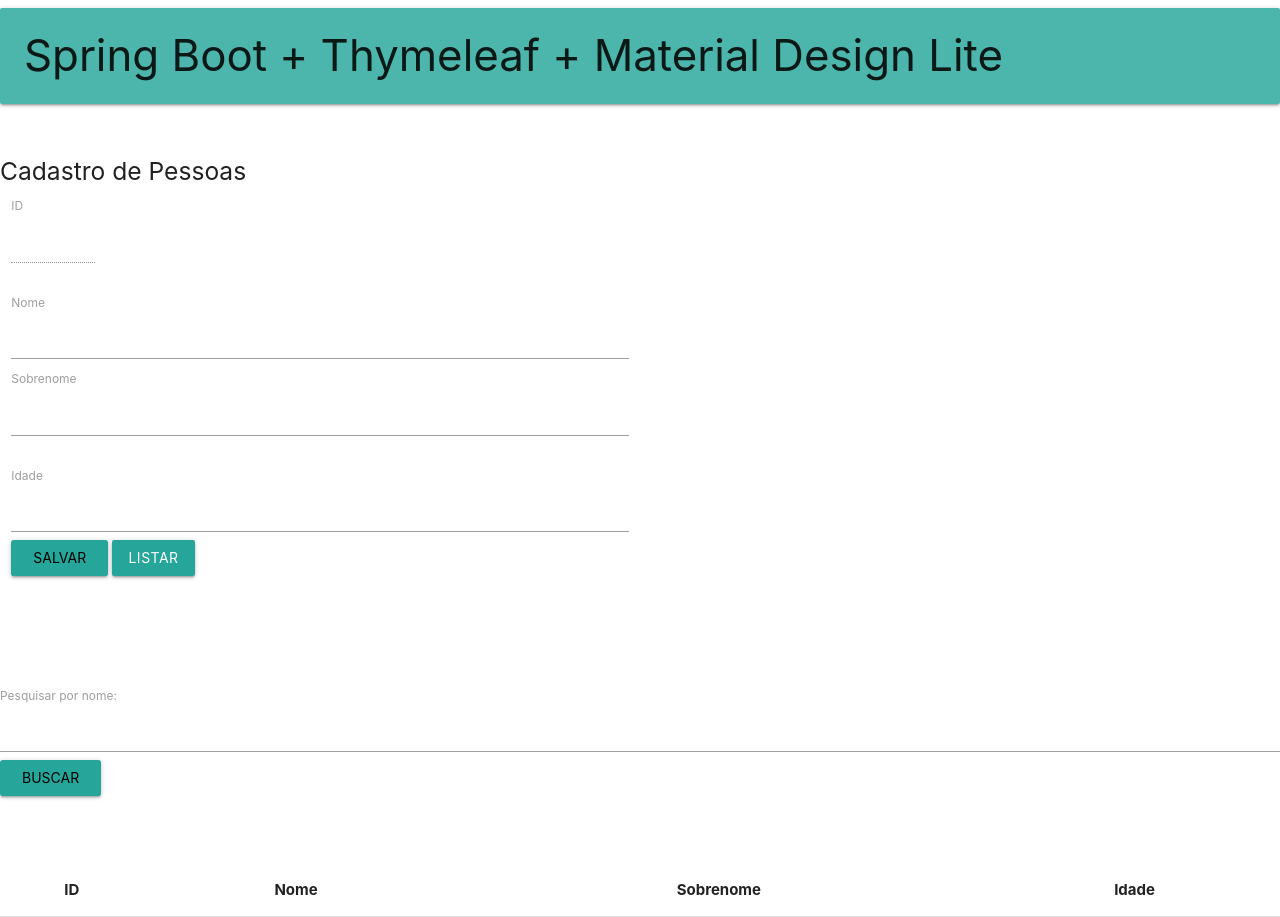
Repository: wendell-comp/Sistema-de-Gestao-de-Pessoas
Page: http://localhost/cadastro/cadastropessoa
These files come from the project's save history. The page is drawn as it stood at one moment and after the next save; the edit follows.
The browser window is 1280 px wide. The pictures show the whole page.
The page is this project's Thymeleaf template; nobody is signed in. The template is opened directly, without the code that normally fills it, so the values that code supplies are empty.

Above is the page before, as saved 2021-02-09 19:21:45.

### springboot/src/main/resources/templates/cadastro/cadastropessoa.html
<!DOCTYPE html>
<html xmlns="http://www.w3.org/1999/xhtml"
	xmlns:th="http://www.thymeleaf.org">

<head>
<meta charset="UTF-8">
<title>Formulario Java</title>


<link href="https://fonts.googleapis.com/icon?family=Material+Icons"
	rel="stylesheet">
<link type="text/css" rel="stylesheet"
	href="/materialize/css/materialize.css" media="screen,projection" />
<link type="text/css" rel="stylesheet" href="materialize.min.css"
	media="screen,projection" />

</head>
<body>
	<h3 class="card-panel teal lighten-2">Spring Boot + Thymeleaf + Material Design Lite</h3>
	<br />
	<h5>Cadastro de Pessoas</h5>

	<div class="row">
		<form action="salvarpessoa" method="post" th:object="${pessoaobj}" class="col s12">

			<div class="row">
				<div class="input-fiel col s1">
					<label for="id" class="active">ID</label>
					<input name="id" th:field="*{id}" readonly="readonly">
				</div>
			</div>

			<div class="row">
				<div class="input-fiel col s6">
					<label for="nome" class="active">Nome</label>
					<input name="nome" th:field="*{nome}">

					<label for="sobrenome" class="active">Sobrenome</label>
					<input name="sobrenome" th:field="*{sobrenome}">
				</div>
			</div>

			<div class="row">
				<div class="input-fiel col s6">
					<label for="idade" class="active">Idade</label>
					<input name="idade" th:field="*{idade}" id="idade">
					<input class="waves-effect waves-light btn" type="submit" value="Salvar">
					<a href="/listaspessoas" class="waves-effect waves-light btn">Listar</a>
				</div>
			</div>


		</form>
	</div>

	<br />
	<br />
	<br />

	<div>
		<form action="pesquisarpessoa" method="post">
			<label>Pesquisar por nome: </label> <input name="nomepesquisa">
			<input class="waves-effect waves-light btn" type="submit"
				value="Buscar">
		</form>
	</div>
	<br />
	<br />
	<br />
	<table class="centered">
		<thead>
			<tr>
				<th>ID</th>
				<th>Nome</th>
				<th>Sobrenome</th>
				<th>Idade</th>
			</tr>
		</thead>
		<tr th:each="pessoa : ${pessoas}">
			<td th:text="${pessoa.id}"></td>
			<td th:text="${pessoa.nome}"></td>
			<td th:text="${pessoa.sobrenome}"></td>
			<td th:text="${pessoa.idade}"></td>
			<td><a
				th:href="@{/editarpessoa/{idpessoa}(idpessoa=${pessoa.id})}">Editar</a></td>
			<td><a
				th:href="@{/removerpessoa/{idpessoa}(idpessoa=${pessoa.id})}">Excluir</a></td>
		</tr>

	</table>



	<script type="text/javascript" src="materialize/js/materialize.js"></script>
	<script type="text/javascript" src="materialize/js/materialize.min.js"></script>
</body>
</html>

Loaded but not shown: springboot/src/main/resources/static/materialize/css/materialize.css (library); springboot/src/main/resources/static/materialize/js/materialize.js (library); springboot/src/main/resources/static/materialize/js/materialize.min.js (library); springboot/src/main/resources/static/materialize/css/materialize.min.css (library)

After the next save:
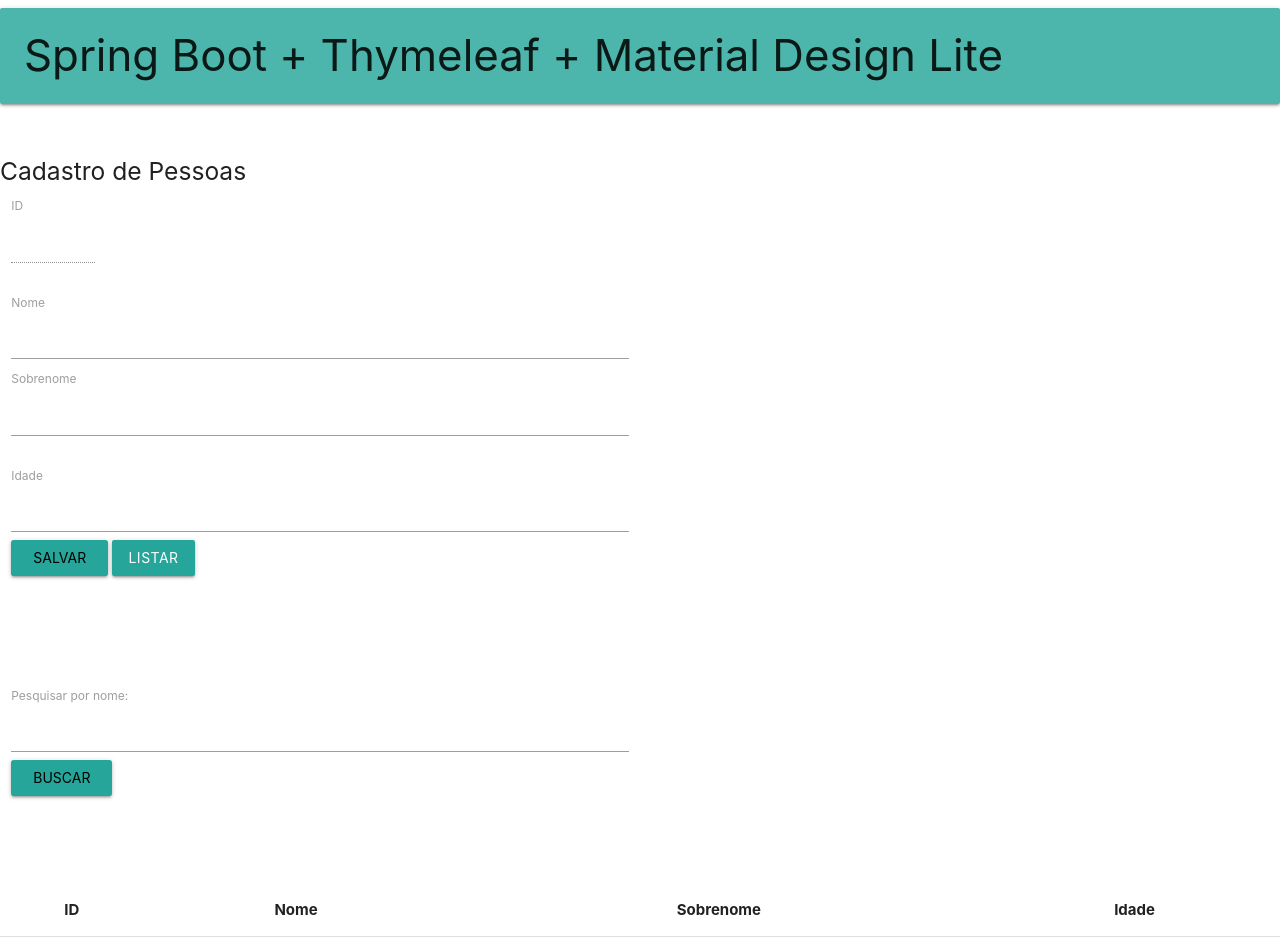
Saved 112 s later.
--- a/springboot/src/main/resources/templates/cadastro/cadastropessoa.html
+++ b/springboot/src/main/resources/templates/cadastro/cadastropessoa.html
@@ -57,13 +57,15 @@
 	<br />
 	<br />
 
-	<div>
-		<form action="pesquisarpessoa" method="post">
-			<label>Pesquisar por nome: </label> <input name="nomepesquisa">
-			<input class="waves-effect waves-light btn" type="submit"
+			<div class="row">
+				<div class="input-fiel col s6">
+					<form action="pesquisarpessoa" method="post">
+					<label>Pesquisar por nome: </label> <input name="nomepesquisa">
+					<input class="waves-effect waves-light btn" type="submit"
 				value="Buscar">
-		</form>
-	</div>
+			</form>
+				</div>
+	     	</div>
 	<br />
 	<br />
 	<br />
